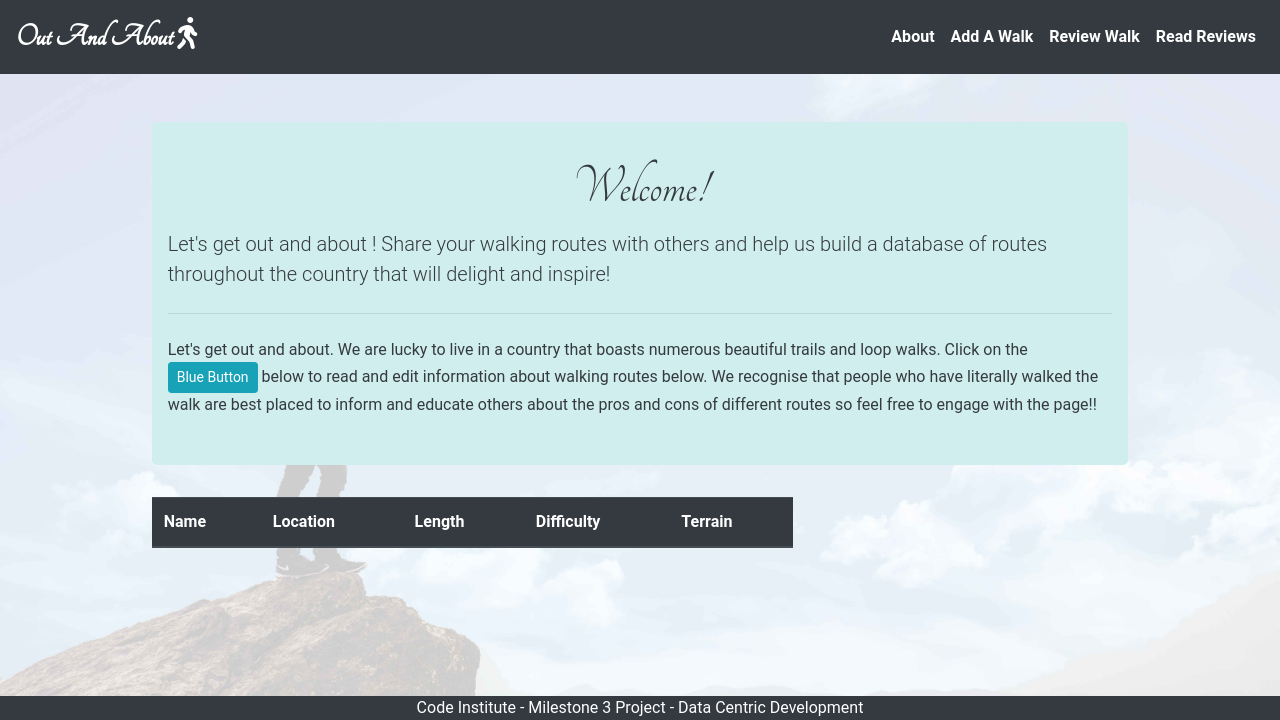
Repository: 5803emma/days-of-walking
Page: http://localhost/
The author's editor kept a record of every edit. The page is drawn from the files as they stood at one moment, then again after the next edit.
The browser window is 1280 px wide. The pictures show the whole page.
Some web libraries are served in a nearby version. The page is served by the project's application, run on Flask 3 (app.py). Queries for data that is not in the repository find no rows.

Above is the page before.

After the next edit:
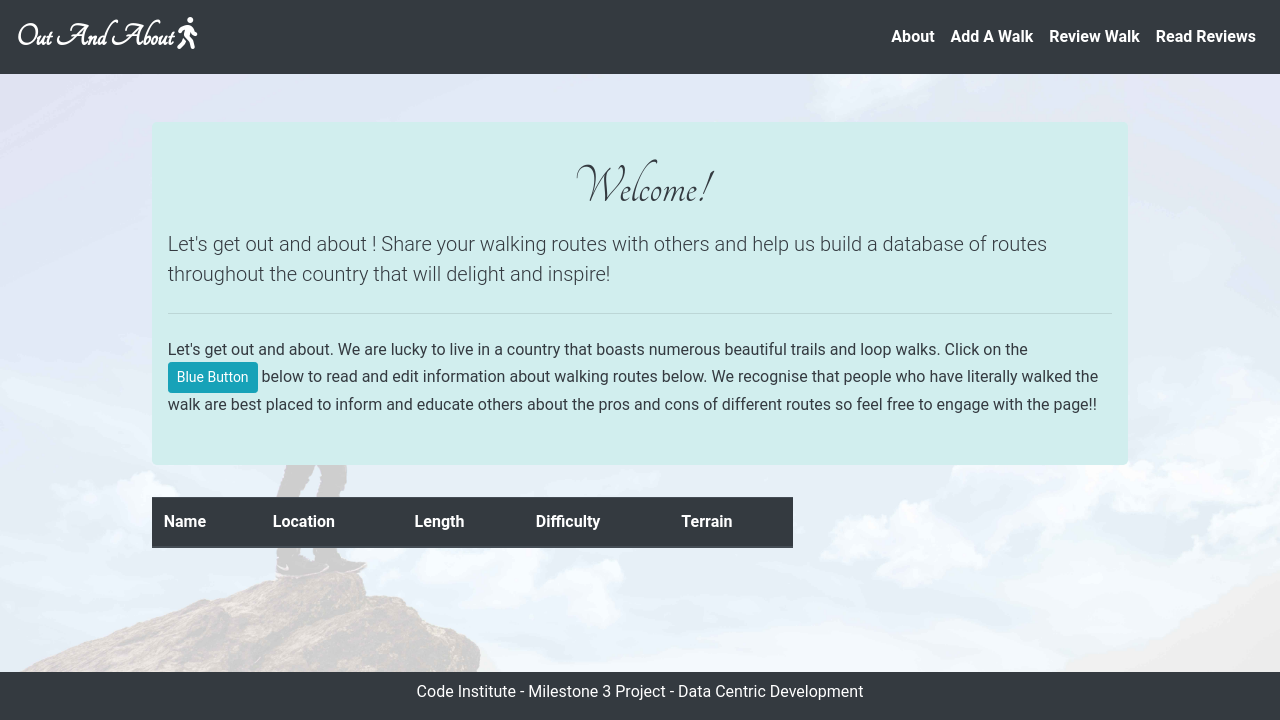
The edit:
--- a/static/css/style.css
+++ b/static/css/style.css
@@ -55,3 +55,13 @@
     border-color: #5F9F9F;
     margin-bottom: 10px;
 }
+
+.fixed-bottom {
+    position: fixed;
+    right: 0;
+    bottom: 0;
+    left: 0;
+    z-index: 1030;
+    height: 3rem;
+    padding-top: 0.5rem;
+}
